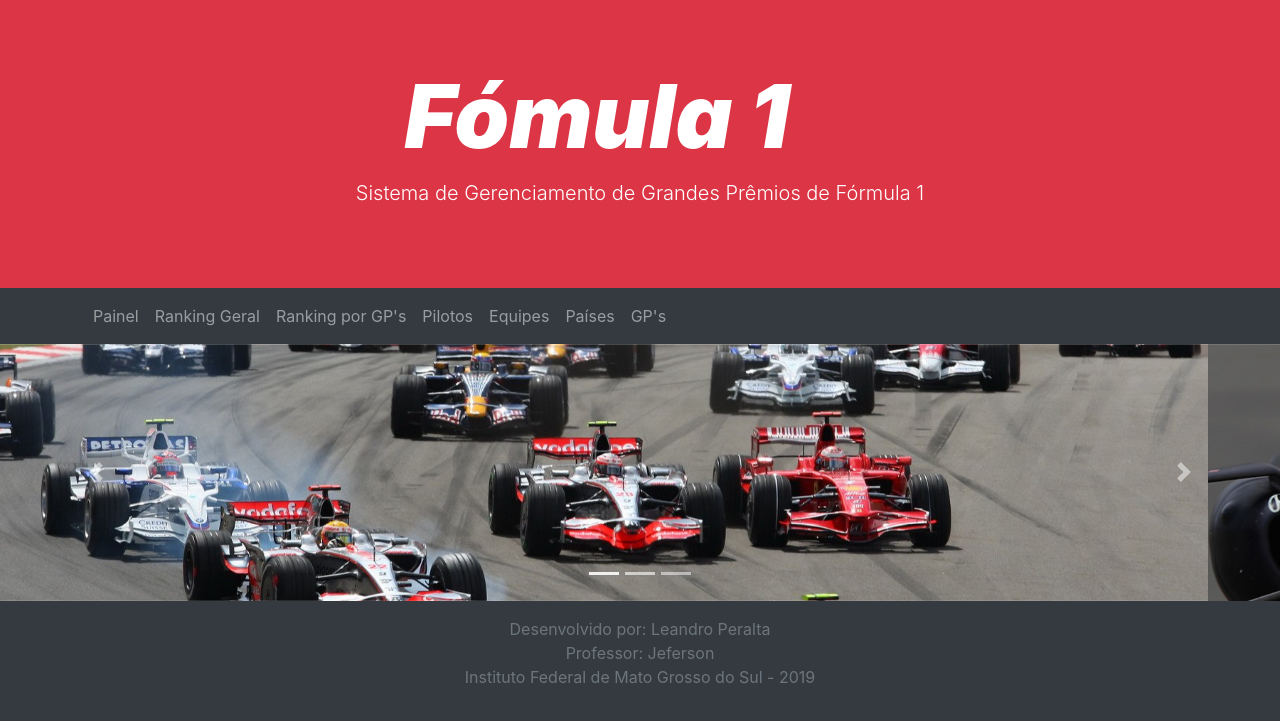
Repository: lperalta13/Formula1_Java
Page: formula1/WebContent/index.html
An editor plug-in stored every save of this project. The page is shown before and after the next save, followed by the edit.
The browser window is 1280 px wide. The pictures show the whole page.

Above is the page before, as saved 2019-12-11 21:12:22.

After the next save:
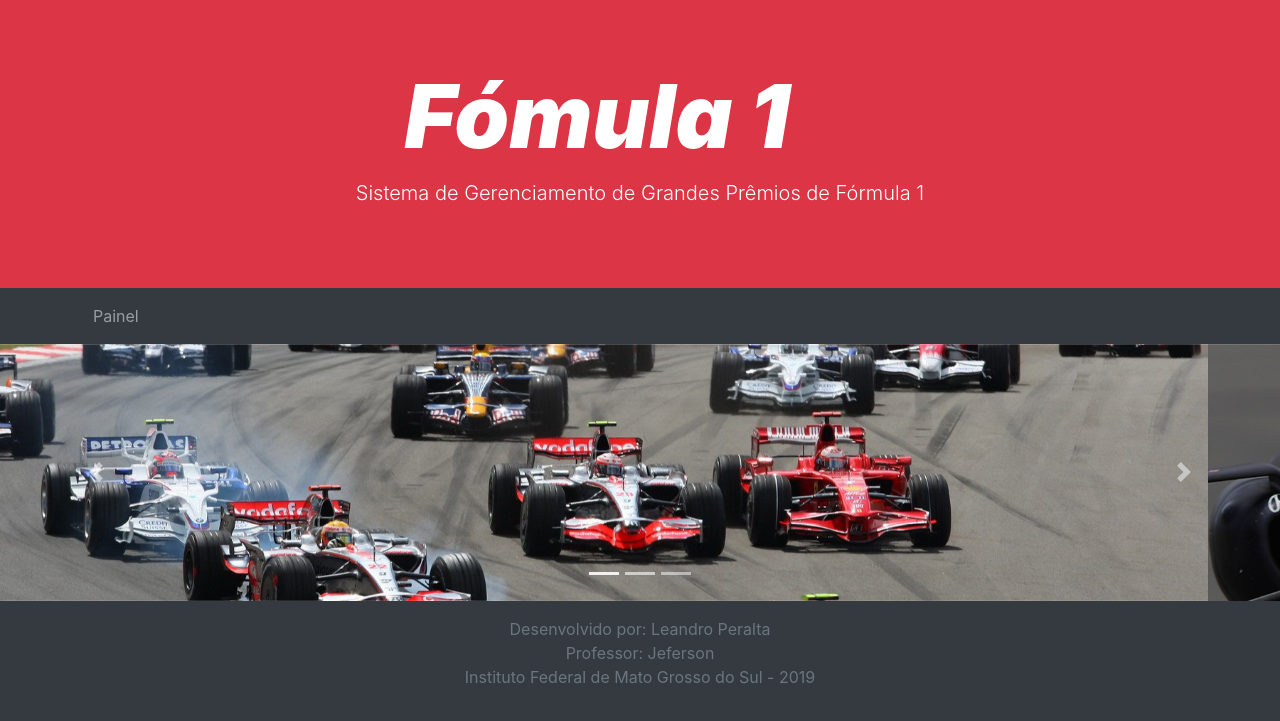
Saved 78 s later.
--- a/formula1/WebContent/index.html
+++ b/formula1/WebContent/index.html
@@ -34,24 +34,6 @@
             <li class="nav-item">
               <a class="nav-link" href="dashboard.html">Painel<span class="sr-only">(Página atual)</span></a>
             </li>
-          <li class="nav-item">
-            <a class="nav-link" href="listar-ranking.php">Ranking Geral</a>
-          </li>
-          <li class="nav-item">
-            <a class="nav-link" href="listar-campeaoporgp.php">Ranking por GP's</a>
-          </li>
-          <li class="nav-item">
-            <a class="nav-link" href="listar-pilotos.php">Pilotos</a>
-          </li>
-          <li class="nav-item">
-            <a class="nav-link" href="listar-equipes.php">Equipes</a>
-          </li>
-          <li class="nav-item">
-            <a class="nav-link" href="listar-paises.php">Países</a>
-          </li>
-          <li class="nav-item">
-            <a class="nav-link" href="listar-gp.php">GP's</a>
-          </li>
         </ul>
       </div>
     </div>
